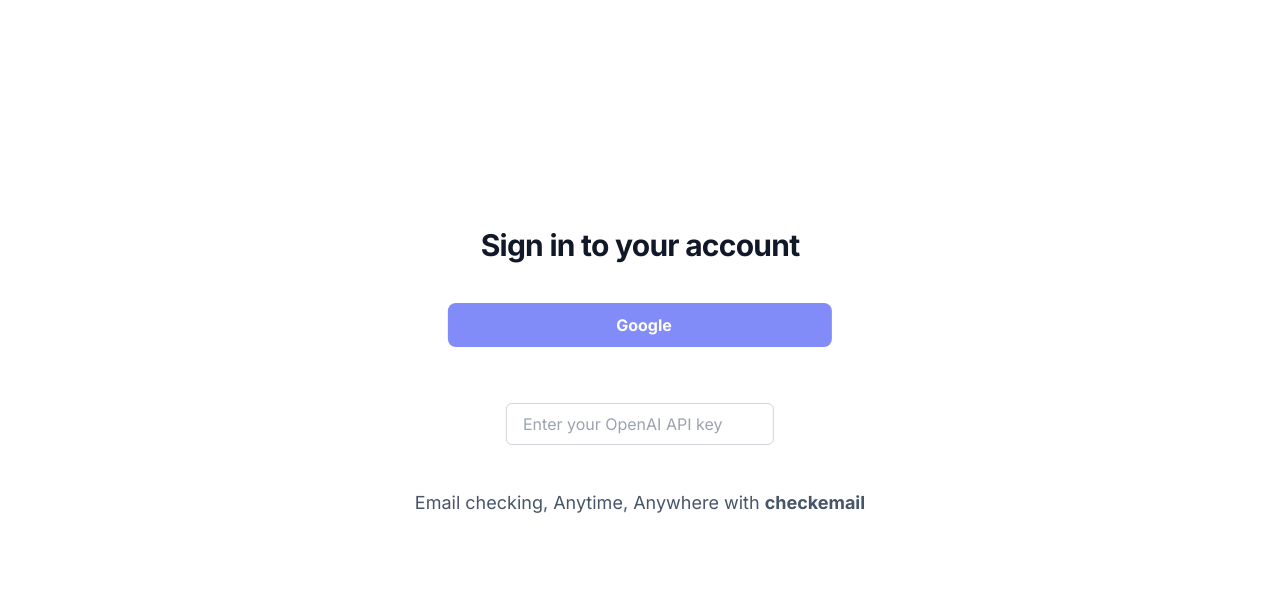
Repository: Akshat171/checkEmail
Page: /login
These files come from the project's save history. The page is drawn as it stood at one moment and after the next save; the edit follows.
The browser window is 1280 px wide. The pictures show the whole page.
The page's requests for data from a server got no answer. The project was rebuilt for these pictures with package versions that can differ from the ones it lists, and the page was loaded fresh each time. The framework's server and built-in components were replaced by stand-ins that run in the browser. No one was signed in, and anything a server would have sent is missing. Also part of the build but not shown: next.config.mjs.

Above is the page before, as saved 2024-06-09 16:53:31.

### src/app/layout.js
import { Inter } from "next/font/google";
import "./globals.css";
import AuthProvider from "../app/component/AuthProvider/AuthProvider.jsx";
import { ApiKeyProvider } from "../context/ApiKeyContext";
const inter = Inter({ subsets: ["latin"] });

export const metadata = {
  title: "Create Next App",
  description: "Generated by create next app",
};

export default function RootLayout({ children }) {
  return (
    <html lang="en">
      <body className={inter.className}>
        <ApiKeyProvider>
          {" "}
          <AuthProvider>{children}</AuthProvider>
        </ApiKeyProvider>
      </body>
    </html>
  );
}

### src/app/login/page.jsx
"use client";

import { FC, useState } from "react";
import { signIn, signOut, useSession } from "next-auth/react";
import { useRouter } from "next/navigation";
import { useApiKey } from "../../context/ApiKeyContext";

// import { toast } from "react-hot-toast";

const Page = () => {
  const [isLoading, setIsLoading] = useState(false);
  const router = useRouter();
  const { apiKey, setApiKey } = useApiKey();

  console.log("apiKey", apiKey);

  async function loginWithGoogle() {
    setIsLoading(true);
    try {
      await signIn("google");
    } catch (error) {
      //display error message
      toast.error("Something went wrong with your login");
    } finally {
      setIsLoading(false);
    }
  }

  const session = useSession();
  console.log(session);
  if (session.status === "loading") {
    return <p>Loading ...</p>;
  }

  if (session.status === "authenticated") {
    router.push("/dashboard");
  }

  return (
    <>
      <div className="w-screen min-h-screen bg-white">
        <div className="absolute top-1/2 left-1/2 -translate-x-1/2 -translate-y-1/2 ">
          <div className="flex flex-col items-center text-center gap-y-10">
            <div className="flex flex-col items-center">
              <h2 className="mt-6 text-center text-3xl font-bold tracking-tight text-gray-900">
                Sign in to your account
              </h2>
            </div>
            <button
              type="button"
              onClick={loginWithGoogle}
              class="bg-indigo-400 h-max  max-w-sm mx-auto w-full rounded-lg text-white font-bold hover:bg-indigo-300  duration-[500ms,800ms]"
            >
              {isLoading ? (
                <div class="flex items-center justify-center m-[10px]">
                  <div class="h-5 w-5 border-t-transparent border-solid animate-spin rounded-full border-white border-4"></div>
                  <div class="ml-2"> Processing...</div>
                </div>
              ) : (
                <div class="flex items-center justify-center m-[10px]">
                  {" "}
                  <div class="ml-2"> Google</div>
                </div>
              )}
            </button>

            <div className="mt-4">
              <input
                type="text"
                placeholder="Enter your OpenAI API key"
                value={apiKey}
                onChange={(e) => setApiKey(e.target.value)}
                className="px-4 py-2 border border-gray-300 text-black rounded-md focus:outline-none focus:ring-2 focus:ring-black"
              />
            </div>

            <p className="max-w-xl mt-1  text-lg text-slate-600">
              Email checking, Anytime, Anywhere with{" "}
              <span className="font-bold">checkemail</span>{" "}
            </p>
          </div>
        </div>
      </div>
    </>
  );
};

export default Page;

### src/context/ApiKeyContext.js
"use client";
import React, { createContext, useState, useContext } from "react";

const ApiKeyContext = createContext();

export const ApiKeyProvider = ({ children }) => {
  const [apiKey, setApiKey] = useState("");

  return (
    <ApiKeyContext.Provider value={{ apiKey, setApiKey }}>
      {children}
    </ApiKeyContext.Provider>
  );
};

export const useApiKey = () => {
  const context = useContext(ApiKeyContext);
  if (!context) {
    throw new Error("useApiKey must be used within an ApiKeyProvider");
  }
  return context;
};

Loaded but not shown: src/app/globals.css (common file); src/app/component/AuthProvider/AuthProvider.jsx (common file); tailwind.config.js (common file)

After the next save:
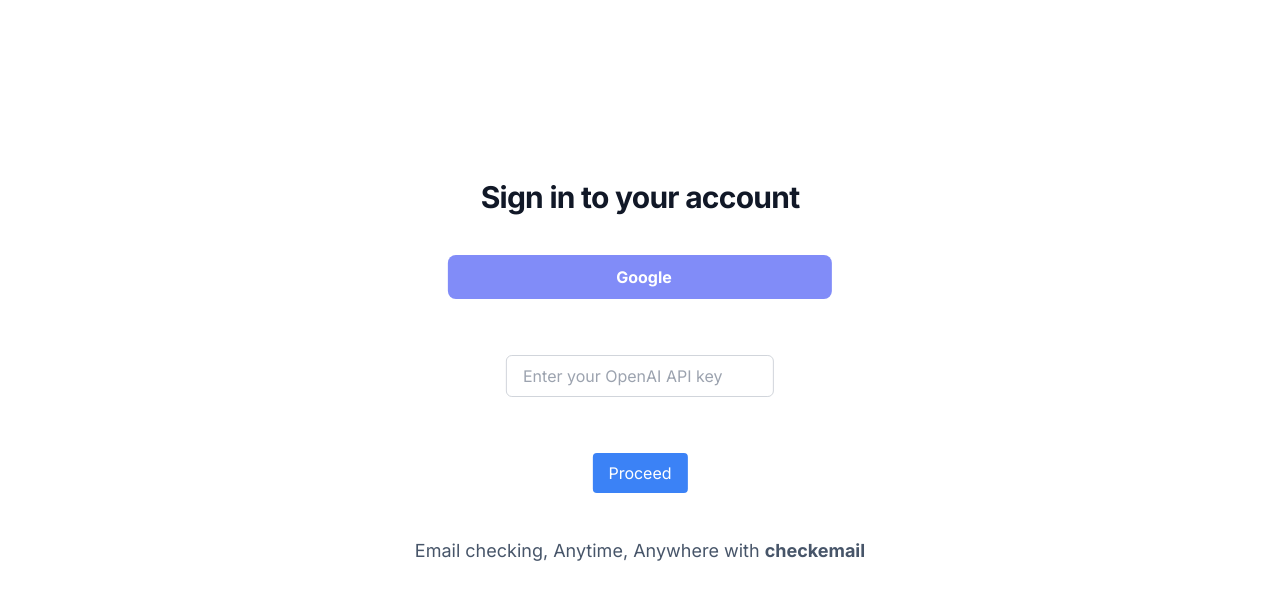
Saved 6 min 30 s later.
--- a/src/app/login/page.jsx
+++ b/src/app/login/page.jsx
@@ -36,6 +36,11 @@ const Page = () => {
     router.push("/dashboard");
   }
 
+  const handleProceed = () => {
+    // Store apiKey in localStorage
+    localStorage.setItem("apiKey", apiKey);
+  };
+
   return (
     <>
       <div className="w-screen min-h-screen bg-white">
@@ -73,6 +78,13 @@ const Page = () => {
                 className="px-4 py-2 border border-gray-300 text-black rounded-md focus:outline-none focus:ring-2 focus:ring-black"
               />
             </div>
+            <button
+              onClick={handleProceed}
+              className="bg-blue-500 text-white px-4 py-2 rounded mt-4 hover:bg-blue-700 transition duration-200"
+              disabled={!apiKey}
+            >
+              Proceed
+            </button>
 
             <p className="max-w-xl mt-1  text-lg text-slate-600">
               Email checking, Anytime, Anywhere with{" "}
